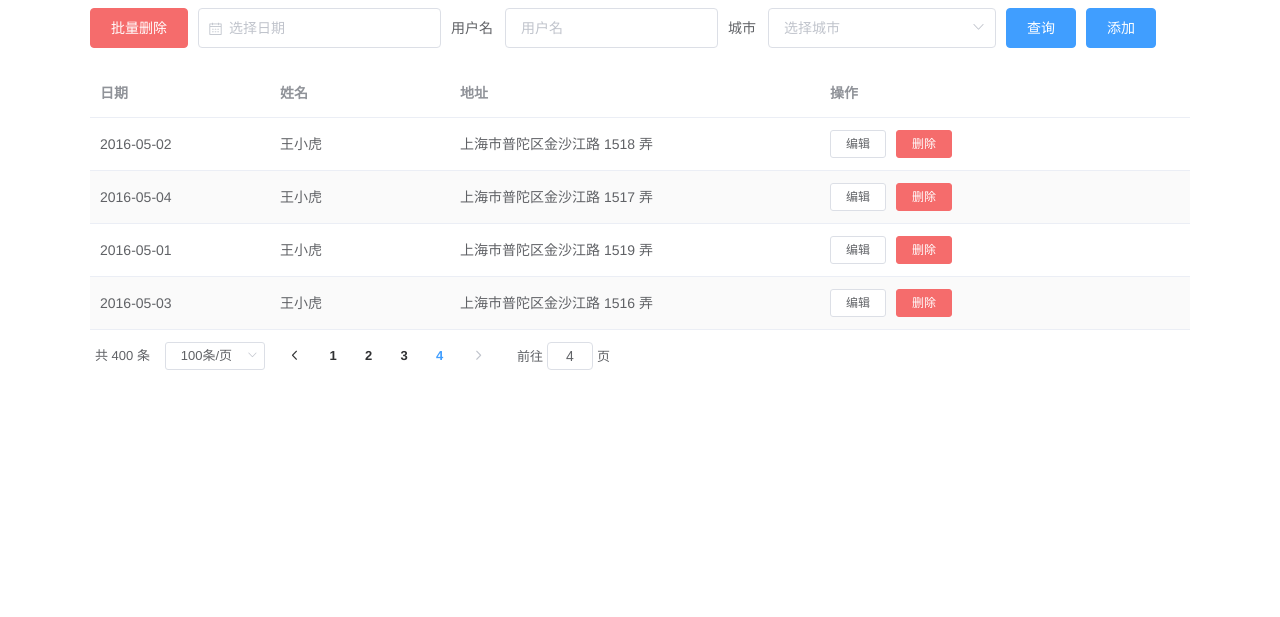
Repository: chang-meng-yun/vue_project
Page: /
These files come from the project's save history. The page is drawn as it stood at one moment and after the next save; the edit follows.
The browser window is 1280 px wide. The pictures show the whole page.
The project was rebuilt for these pictures with package versions that can differ from the ones it lists, and the page was loaded fresh each time. Also part of the build but not shown: vue.config.js, src/VBindStudy.vue, src/views/reHome.vue, src/components/HelloWorld.vue, src/views/HomeView.vue.

Above is the page before, as saved 2024-06-27 12:40:54.

After the next save:
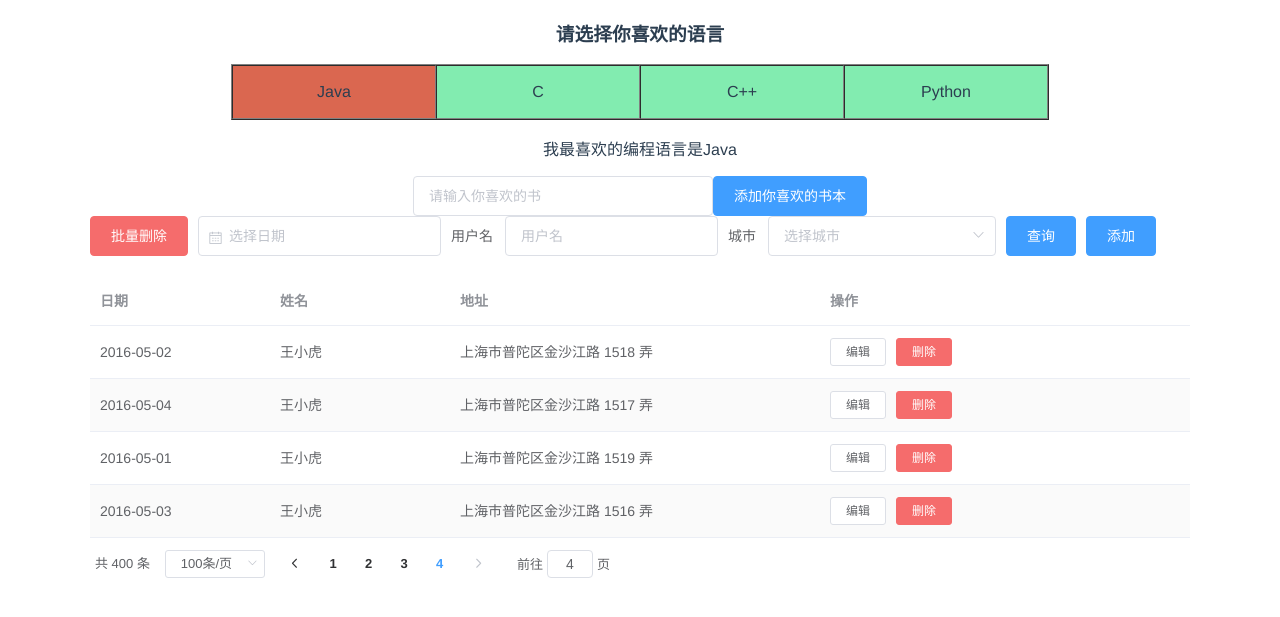
Saved 11 s later.
--- a/src/App.vue
+++ b/src/App.vue
@@ -2,7 +2,7 @@
   <div id="app">
     <!-- <Hello></Hello> -->
     <!-- <VBindStudy></VBindStudy> -->
-     <!-- <HomeWork></HomeWork> -->
+     <HomeWork></HomeWork>
       <!-- <reHome></reHome> -->
        <!-- <Model></Model> -->
         <FromFrame></FromFrame>
